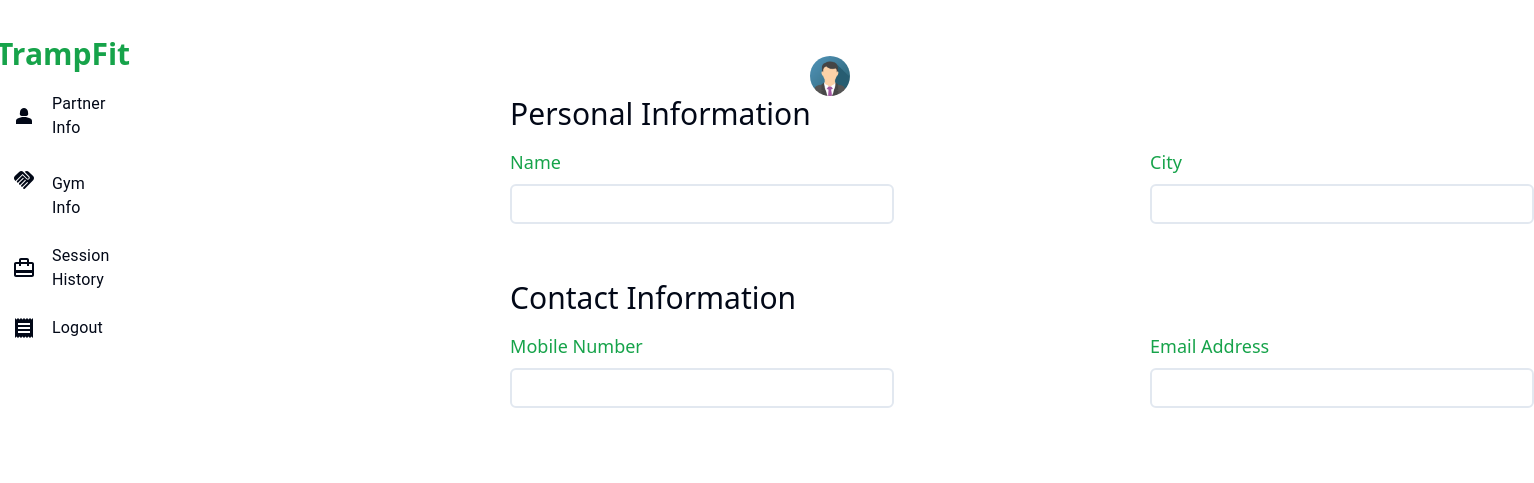
Repository: ezioxatul/TrampFit-Website
Page: /partner/partnerDashboard/partnerInfo (app in Frontend/)
An editor plug-in stored every save of this project. The page is shown before and after the next save, followed by the edit.
The browser window is 1280 px wide. The page is 1534 px wide, so the pictures cover 1534 px, including what lies to the right of the window. The pictures show the whole page.
The project was rebuilt for these pictures with package versions that can differ from the ones it lists, and the page was loaded fresh each time. The framework's server and built-in components were replaced by stand-ins that run in the browser. Also part of the build but not shown: Frontend/next.config.js, Frontend/next.config.mjs, Frontend/components/Loader.js, Frontend/components/Popup.js.

Above is the page before, as saved 2024-05-16 17:29:11.

After the next save:
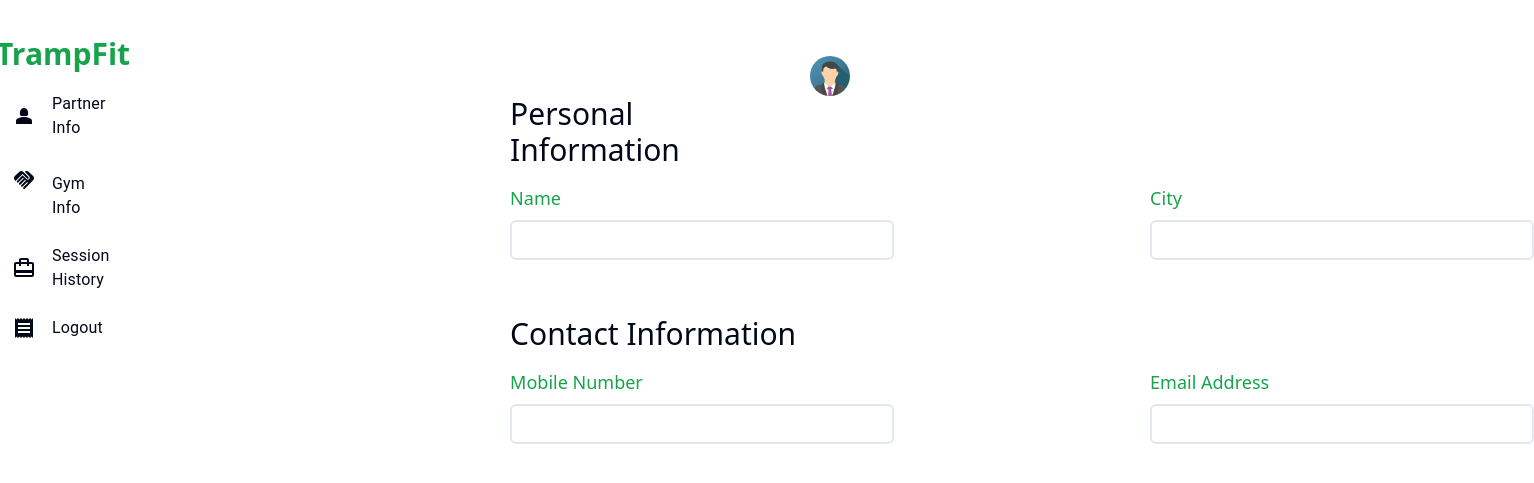
Saved 102 s later.
--- a/Frontend/pages/partner/partnerDashboard/partnerInfo.js
+++ b/Frontend/pages/partner/partnerDashboard/partnerInfo.js
@@ -19,7 +19,7 @@ export default function partnerInfo() {
             ></Avatar>
           </div>
         </div>
-        <div>
+        <div className=" w-7">
           <h1 className=" ml-96 text-3xl mb-4 ">Personal Information</h1>
           <div className="flex ml-96 mb-10">
             <div className="mr-32 space-y-2">
